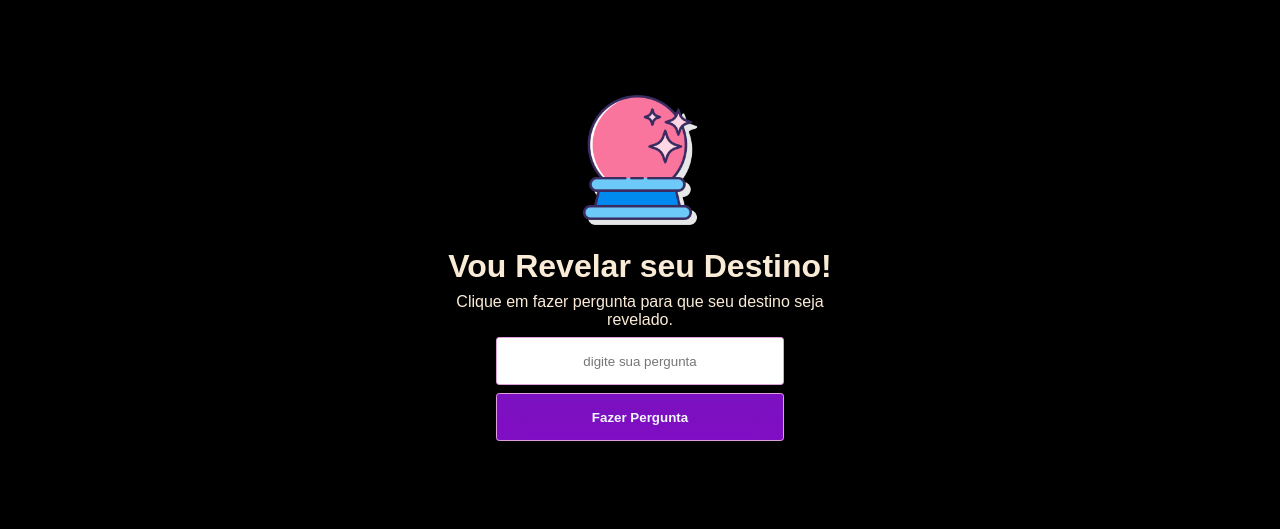
Repository: guilhermecardoso93/nlwexplorer
Page: index.html
The author's editor kept a copy of each file at every save. The page is drawn from the files as they stood at one save, then again after the next save.
The browser window is 1280 px wide. The pictures show the whole page.
The pointer rests on the first visible `button`.

Above is the page before, as saved 2022-06-08 23:51:39.

### index.html
<!DOCTYPE html>
<html lang="pt-br">
  <head>
    <meta charset="UTF-8" />
    <meta http-equiv="X-UA-Compatible" content="IE=edge" />
    <meta name="viewport" content="width=device-width, initial-scale=1.0" />
    <link rel="stylesheet" href="./styles.css" />
    <title>NLW Explorer</title>
  </head>
  <body>
    <div class="principal">
      <img
        src="./cristalball.png"
        alt="Imagem de uma bola de cristal"
        id="cristalBallImg"
      />
      <h1>Vou Revelar seu Destino!</h1>
      <p>Clique em fazer pergunta para que seu destino seja revelado.</p>
      <input type="text" placeholder="digite sua pergunta" />
      <button>Fazer Pergunta</button>
    </div>
  </body>
  <script src="./script.js"></script>
</html>

### styles.css
* {
  margin: 0;
  padding: 0;
  box-sizing: border-box;
}
body {
  margin: auto;
  background-color: black;
  color: antiquewhite;
  text-align: center;
  font-family: sans-serif;
}

#cristalBallImg {
  width: 10rem;
}

.principal {
  display: flex;
  flex-direction: column;
  margin: auto;
  margin-top: 5rem;
  max-width: 400px;
  width: 80%;
  align-items: center;
  gap: 0.5rem;
}

.principal input {
  width: 18rem;
  height: 3rem;
  text-align: center;

  border: 1px solid plum;
  border-radius: 0.2rem;
}

.principal input:hover {
  border: 2px double pink;
}

button {
  width: 18rem;
  height: 3rem;
  text-align: center;
  font-weight: 600;
  color: aliceblue;
  background-color: rgb(137, 22, 214);
  border: 1px solid plum;
  border-radius: 0.2rem;
  box-shadow: rgba(150, 9, 206, 0.12) 0px 54px 55px,
    rgba(150, 9, 206, 0.12) 0px -12px 30px, rgba(150, 9, 206, 0.12) 0px 4px 6px,
    rgba(150, 9, 206, 0.12) 0px 12px 13px, rgba(150, 9, 206, 0.12) 0px -3px 5px;
}

button:hover {
  box-shadow: rgba(150, 9, 206, 0.12) 0px -23px 25px 0px inset,
    rgba(150, 9, 206, 0.12) 0px -36px 30px 0px inset,
    rgba(0, 0, 0, 0.1) 0px -79px 40px 0px inset, rgba(0, 0, 0, 0.06) 0px 2px 1px,
    rgba(0, 0, 0, 0.09) 0px 4px 2px, rgba(0, 0, 0, 0.09) 0px 8px 4px,
    rgba(0, 0, 0, 0.09) 0px 16px 8px, rgba(0, 0, 0, 0.09) 0px 32px 16px;
}

Loaded but not shown: script.js (no stored copy; drawn as an empty file)

After the next save:
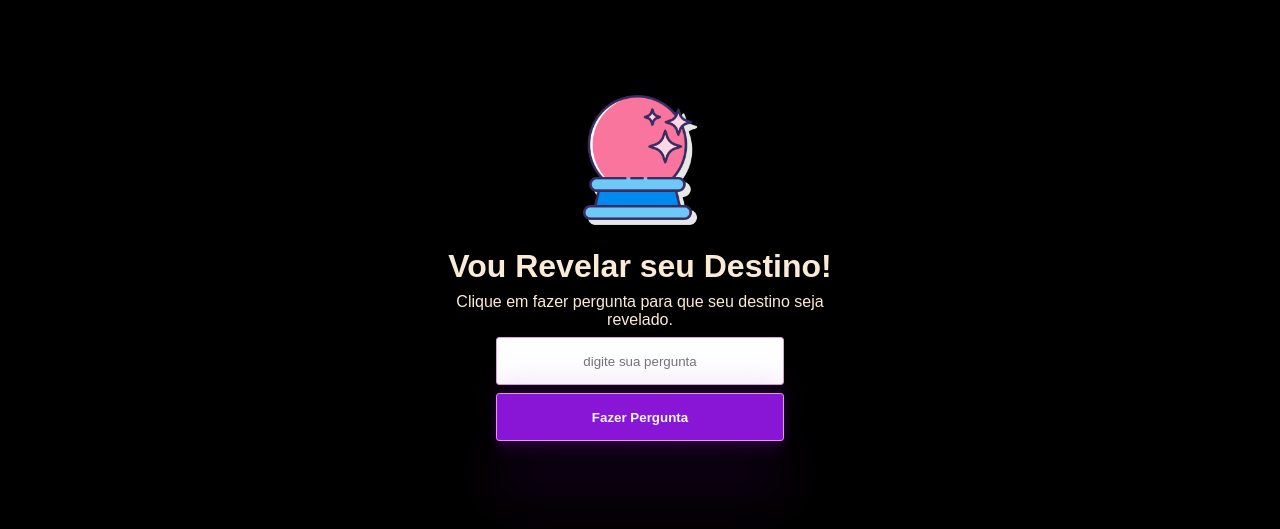
Saved 7 s later.
--- a/styles.css
+++ b/styles.css
@@ -54,9 +54,4 @@ button {
 }
 
 button:hover {
-  box-shadow: rgba(150, 9, 206, 0.12) 0px -23px 25px 0px inset,
-    rgba(150, 9, 206, 0.12) 0px -36px 30px 0px inset,
-    rgba(0, 0, 0, 0.1) 0px -79px 40px 0px inset, rgba(0, 0, 0, 0.06) 0px 2px 1px,
-    rgba(0, 0, 0, 0.09) 0px 4px 2px, rgba(0, 0, 0, 0.09) 0px 8px 4px,
-    rgba(0, 0, 0, 0.09) 0px 16px 8px, rgba(0, 0, 0, 0.09) 0px 32px 16px;
 }
